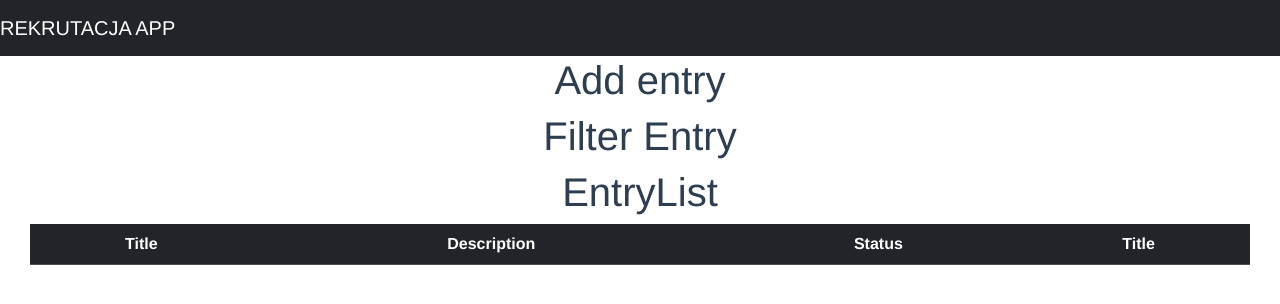
Repository: Madaless/vue_elastic
Page: / (app in vuejsapp/crudapp/)
An editor plug-in stored every save of this project. The page is shown before and after the next save, followed by the edit.
The browser window is 1280 px wide. The pictures show the whole page.
The page's requests for data from a server got no answer. The project was rebuilt for these pictures with package versions that can differ from the ones it lists, and the page was loaded fresh each time. No one was signed in, and anything a server would have sent is missing.

Above is the page before, as saved 2021-09-12 11:47:45.

After the next save:
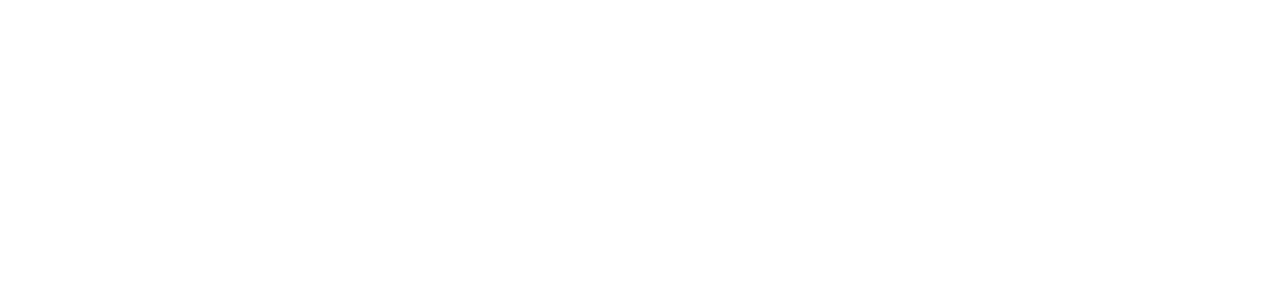
Console error (its wording comes from the project's code and is left out).
Saved 4 min 7 s later.
--- a/vuejsapp/crudapp/src/App.vue
+++ b/vuejsapp/crudapp/src/App.vue
@@ -1,7 +1,7 @@
 <template>
   <div id="app">
     <b-navbar class="navbar navbar-expand navbar-dark bg-dark">
-      <b-navbar-brand href="#">REKRUTACJA APP</b-navbar-brand>
+      <b-navbar-brand style = {padding-left: 5px}href="#">REKRUTACJA APP</b-navbar-brand>
     </b-navbar>
     <AddEntry />
     <FilterEntry />

After the save that followed:
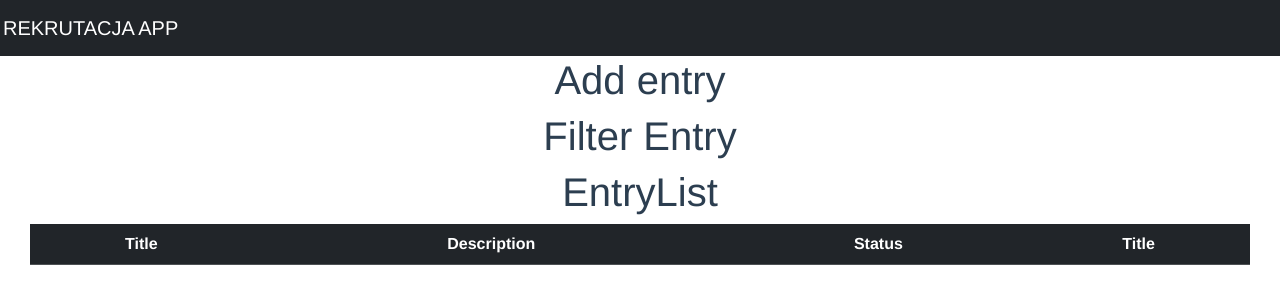
The error is gone.
Saved 5 min 47 s later.
--- a/vuejsapp/crudapp/src/App.vue
+++ b/vuejsapp/crudapp/src/App.vue
@@ -1,7 +1,7 @@
 <template>
   <div id="app">
     <b-navbar class="navbar navbar-expand navbar-dark bg-dark">
-      <b-navbar-brand style = {padding-left: 5px}href="#">REKRUTACJA APP</b-navbar-brand>
+      <b-navbar-brand id ="header" href="#">REKRUTACJA APP</b-navbar-brand>
     </b-navbar>
     <AddEntry />
     <FilterEntry />
@@ -32,4 +32,7 @@
   text-align: center;
   color: #2c3e50;
 }
+#header {
+  padding-left: 3px;
+}
 </style>
